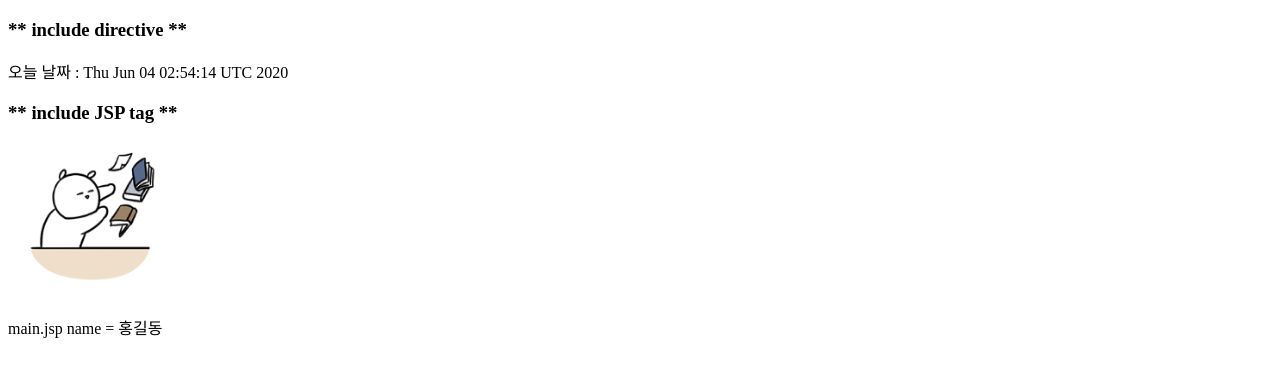
Repository: dahye1013/java-basic-learning
Page: http://localhost/memberJSP/exam/main.jsp
These files come from the project's save history. The page is drawn as it stood at one moment and after the next save; the edit follows.
The browser window is 1280 px wide. The pictures show the whole page.
The page is served by Tomcat 9.

Above is the page before, as saved 2020-06-09 01:45:02.

After the next save:
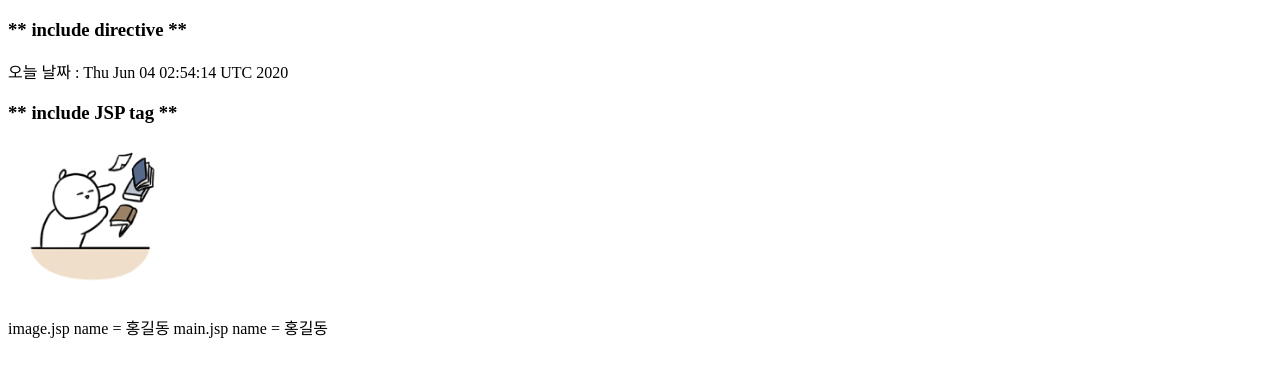
Saved 47 s later.
--- a/memberJSP/WebContent/exam/main.jsp
+++ b/memberJSP/WebContent/exam/main.jsp
@@ -18,6 +18,7 @@ String name = "홍길동";
 %>
 <br>
 <br>
+image.jsp name = <%=name %>
 main.jsp name = <%=name %>
 
 
